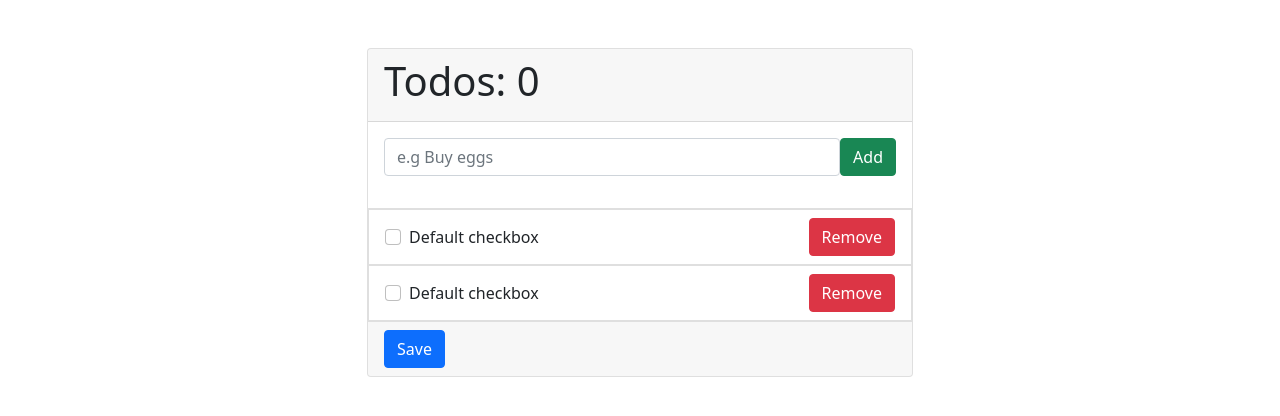
Repository: saidabbasun/TODO-react-redux
Page: /
The author's editor kept a copy of each file at every save. The page is drawn from the files as they stood at one save, then again after the next save.
The browser window is 1280 px wide. The pictures show the whole page.
The project was rebuilt for these pictures with package versions that can differ from the ones it lists, and the page was loaded fresh each time.

Above is the page before, as saved 2022-05-18 08:51:15.

### public/index.html
<!DOCTYPE html>
<html lang="en">
  <head>
    <meta charset="utf-8" />

    <meta name="viewport" content="width=device-width, initial-scale=1" />
    <meta name="theme-color" content="#000000" />
    <meta
      name="description"
      content="Web site created using create-react-app"
    />
    <link href="https://cdn.jsdelivr.net/npm/bootstrap@5.0.2/dist/css/bootstrap.min.css" rel="stylesheet" integrity="sha384-EVSTQN3/azprG1Anm3QDgpJLIm9Nao0Yz1ztcQTwFspd3yD65VohhpuuCOmLASjC" crossorigin="anonymous">

    <title>React App</title>
  </head>
  <body>

    <div id="root"></div>

  </body>
</html>

### src/index.js
import React from 'react';
import ReactDOM from 'react-dom/client';
import { Provider } from 'react-redux';
import App from './App';

 import { store } from './configStore';
const root = ReactDOM.createRoot(document.getElementById('root'));
root.render(
  <React.StrictMode>
    <Provider store={store}>
    <App />
    </Provider>

  </React.StrictMode>
);

### src/App.jsx
import TodoItems from "./components/todo-itams";
import TodosForm from "./components/todos-form";
import TodosFooter from "./components/todos-footer";
import TodosHeader from "./components/todos-header";
function App() {
  return (
    <div className="container">
      <div className="row">
        <div className="col-md-6 offset-md-3">
          <div className="card mt-5">
           <TodosHeader/>
           <TodosForm/>
           <TodoItems/>
           <TodosFooter/>
              </div>
            </div>
          </div>
        </div>

  );
}

export default App;

### src/configStore.js
import {applyMiddleware, createStore}  from "redux";
import rootReducer from "./reducers";
import { composeWithDevTools } from "redux-devtools-extension";
import logger from "redux-logger";

export const store = createStore(rootReducer,composeWithDevTools(applyMiddleware(logger) ));

### src/components/todo-itams.jsx
import React from 'react'
import TodoItem from './todos-itam';
import { useSelector } from "react-redux";

 const TodoItems =() =>{
    const todos=useSelector(state=> state.todos);

  return (
    <ul className="list-group list-group-flush">
             {
             todos.length > 0 ? todos.map(item =>(
                    <TodoItem text={item.text} key={item.key} id={item.id}/>
                 )):(
                     <h6 className='text-center m-3'>Todos not created yet</h6>
                 )
               }

    </ul>
  )
}
export default TodoItems;

### src/components/todos-form.jsx
import React from "react";

export default function TodosForm() {
  return (
    <div className="card-body">
      <form className="mb-3 d-flex justify-content-between align-items-center">


          <input
            type="text"
            className="form-control "
            id="exampleFormControlInput1"
            placeholder="e.g Buy eggs"
          />

        <button className=" btn btn-success"> Add</button>
      </form>
    </div>
  );
}

### src/components/todos-footer.jsx
import React from 'react'

export default function TodosFooter() {
  return (
    <div className=" card-footer">
    <button className="btn btn-primary">Save</button>
  </div>
  )
}

### src/components/todos-header.jsx
import React from 'react';
const TodosHeader=()=>{
    return(
        <div className="card-header">
        <h1>Todos: 0</h1>
        </div>
    );
}
export default TodosHeader;

### src/reducers/index.js
import { combineReducers } from "redux";
import todos from "./todos";
const rootReducer=combineReducers({
todos,
})
export default rootReducer

### src/components/todos-itam.jsx
import React from "react";


export default function TodoItem(id,text) {

  return (
    <div>

      <li className="list-group-item d-flex justify-content-between align-items-center ">
        <div>
          <input
            className="form-check-input me-2"
            type="checkbox"
            value=""
            id="flexCheckDefault"
          />
          <label className="form-check-label" htmlFor="flexCheckDefault">
            Default checkbox
          </label>
        </div>
        <button className="btn btn-danger">Remove</button>
      </li>
    </div>
  );
}

### src/reducers/todos.jsx
const initialState=[
    {
        id:1,
        text:'Buy milk'
    },
    {
        id:2,
        text:'Buy eggs'
    }
]

const todos=(state=initialState,action)=>{
return state;
}

export default todos

After the next save:
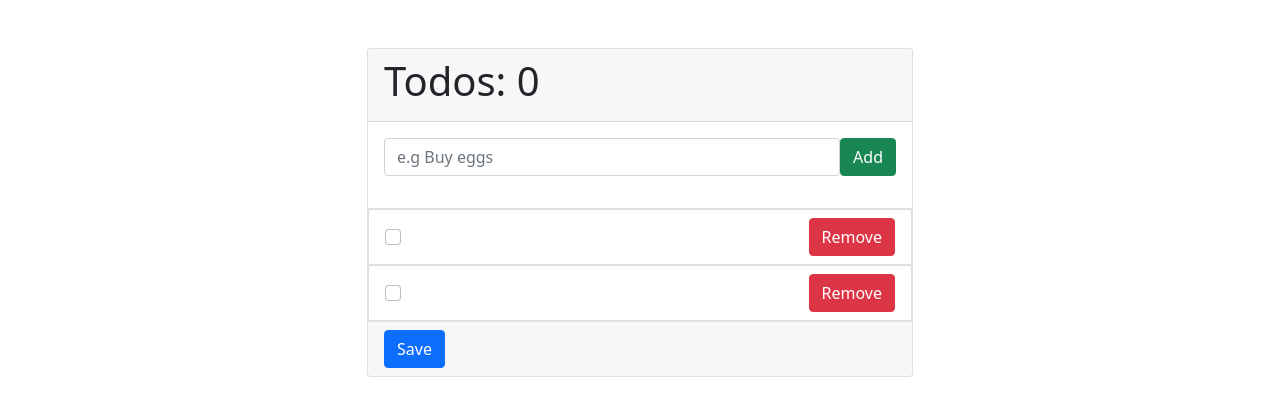
Saved 39 s later.
--- a/src/components/todos-itam.jsx
+++ b/src/components/todos-itam.jsx
@@ -15,7 +15,7 @@ export default function TodoItem(id,text) {
             id="flexCheckDefault"
           />
           <label className="form-check-label" htmlFor="flexCheckDefault">
-            Default checkbox
+
           </label>
         </div>
         <button className="btn btn-danger">Remove</button>
